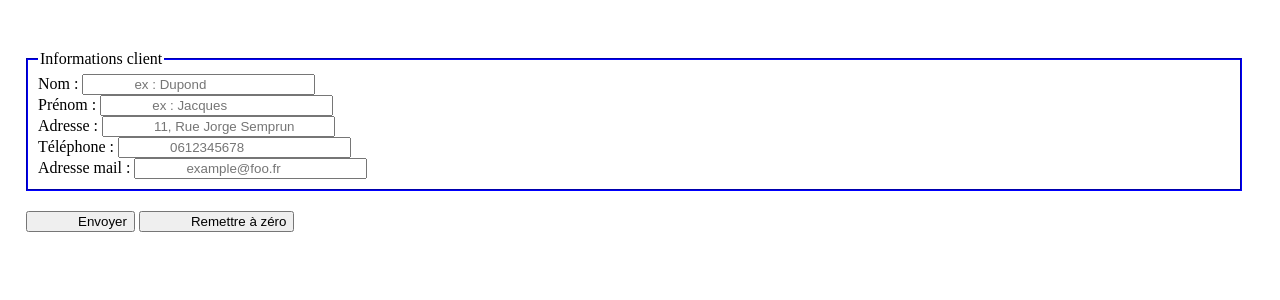
Repository: big73/NFE114
Page: http://localhost/Seance4-step1/creerClient.jsp
These files come from the project's save history. The page is drawn as it stood at one moment and after the next save; the edit follows.
The browser window is 1280 px wide. The pictures show the whole page.
The page is served by Tomcat 9. Other server files are loaded and not shown.

Above is the page before, as saved 2015-12-30 14:12:53.

### Seance4-step1/WebContent/creerClient.jsp
<%@ page language="java" contentType="text/html; charset=UTF-8"
    pageEncoding="UTF-8"%>
<!DOCTYPE html PUBLIC "-//W3C//DTD HTML 4.01 Transitional//EN" "http://www.w3.org/TR/html4/loose.dtd">
<html>
<head>
<meta http-equiv="Content-Type" content="text/html; charset=UTF-8">
<title>Insert title here</title>
<link rel="stylesheet" href="css/style.css">
</head>
<body>

	<form>
		<fieldset>
		<legend>Informations client</legend>

			<label>Nom : </label>
			<input type="text" placeholder="ex : Dupond" name="nom"><br>

			<label>Prénom : </label>
			<input type="text" placeholder="ex : Jacques" name="prenom"><br>

			<label>Adresse : </label>
			<input type="text" placeholder="11, Rue Jorge Semprun" name="adresse"><br>

			<label>Téléphone : </label>
			<input type="text" placeholder="0612345678" name="phone"><br>

			<label>Adresse mail : </label>
			<input type="text" placeholder="example@foo.fr" name="mail"><br>
		</fieldset>

		<div class="actionneur">
			<input type="submit" value="Envoyer">
			<input type="reset" value="Remettre à zéro">
		</div>
	</form>

</body>
</html>

### Seance4-step1/WebContent/WEB-INF/taglibs.jsp
<%@ page language="java" contentType="text/html; charset=UTF-8" pageEncoding="UTF-8"%>
<%@ taglib uri="http://java.sun.com/jsp/jstl/core" prefix="c" %>
<%@ taglib uri="http://java.sun.com/jsp/jstl/functions" prefix="fn" %>
<!DOCTYPE html PUBLIC "-//W3C//DTD HTML 4.01 Transitional//EN" "http://www.w3.org/TR/html4/loose.dtd">
<html>
<head>
<meta http-equiv="Content-Type" content="text/html; charset=UTF-8">
<title>Taglibs Repo</title>
</head>
<body>

</body>
</html>

### Seance4-step1/WebContent/css/style.css
.actionneur
{
	margin-left : 18px;
}

fieldset {
    border-color: blue;
    margin-top : 50px;
    margin-left : 18px;
    margin-right : 30px;
    margin-bottom : 20px;

    padding-left : 10px;
}

input
{
	padding-left : 50px;
}

After the next save:
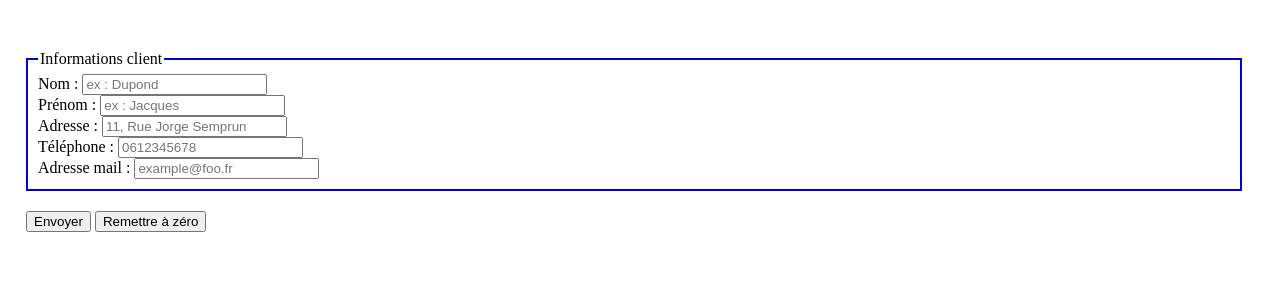
Saved 14 s later.
--- a/Seance4-step1/WebContent/css/style.css
+++ b/Seance4-step1/WebContent/css/style.css
@@ -15,5 +15,5 @@ fieldset {
 
 input
 {
-	padding-left : 50px;
+	;
 }
